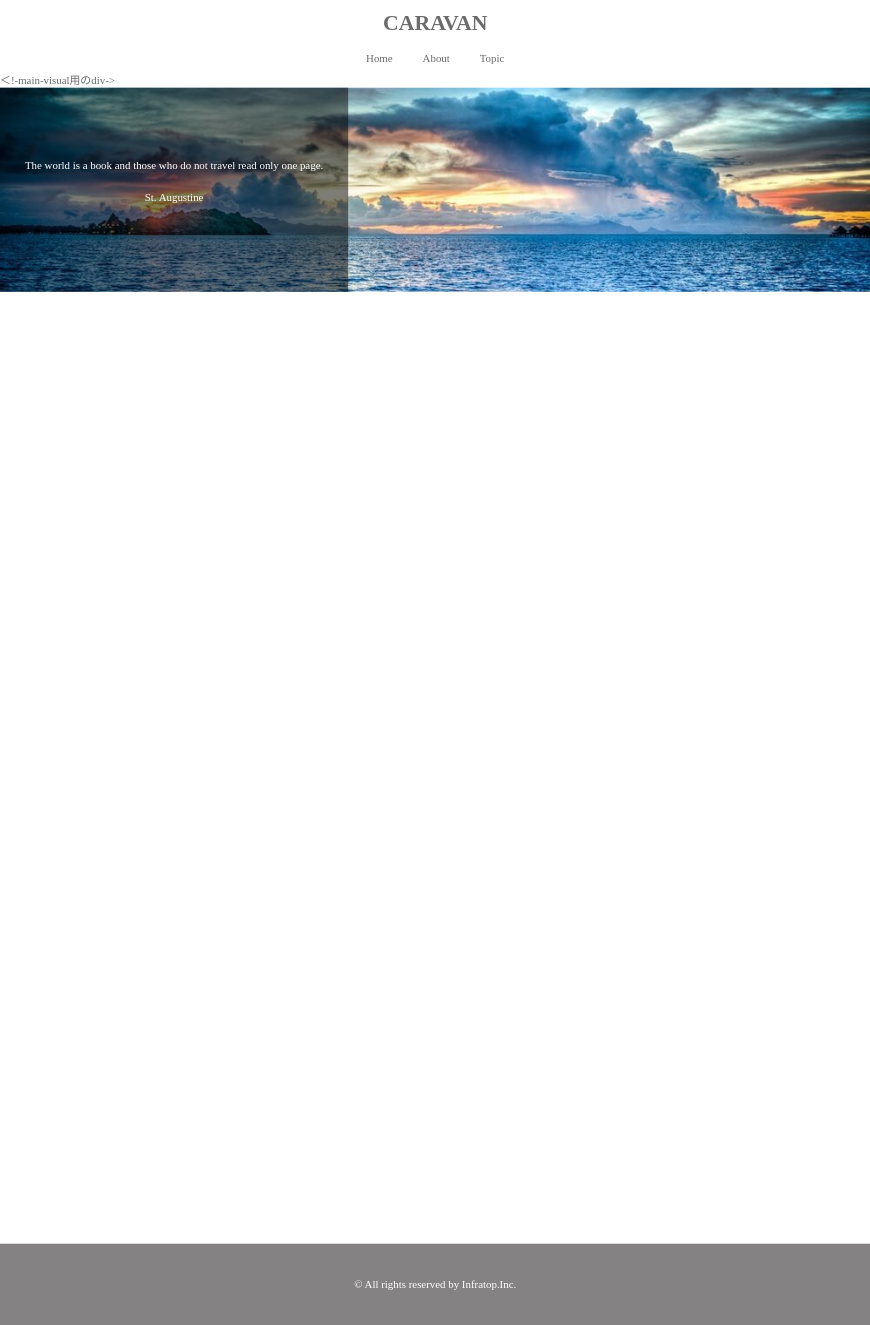
Repository: achoko3/Practice-problem
Page: caravan/index.html
The author's editor kept a record of every edit. The page is drawn from the files as they stood at one moment, then again after the next edit.
The browser window is 1280 px wide. The pictures show the whole page, at 68% of full size.

Above is the page before.

After the next edit:
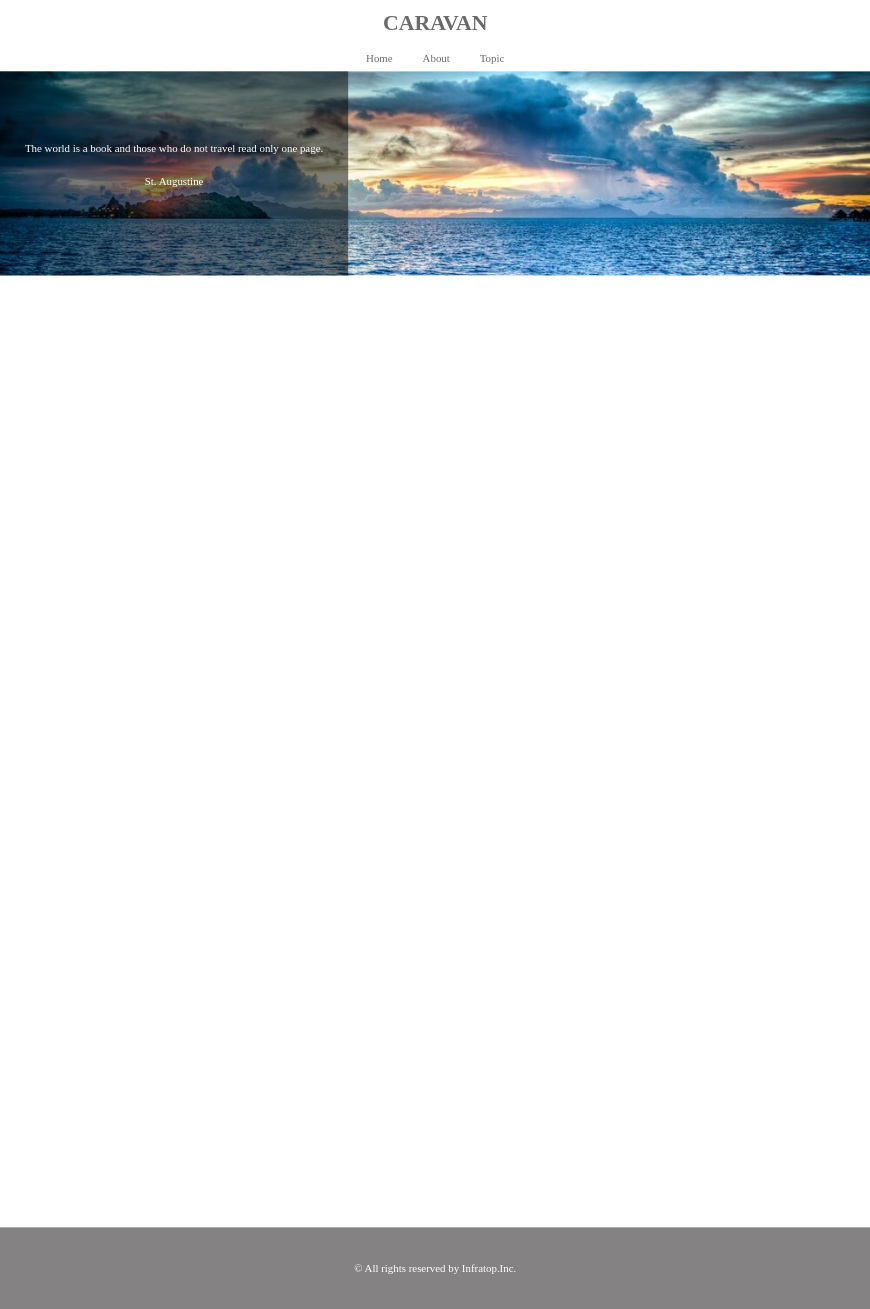
The edit:
--- a/caravan/index.html
+++ b/caravan/index.html
@@ -27,7 +27,7 @@
       </ul>
     </nav>
 
-＜!-main-visual用のdiv->
+<!-- main-visual用のdiv -->
  <div class="main-visual">
     <div class="main-visual-content">
       <p class="main-visual-text">
